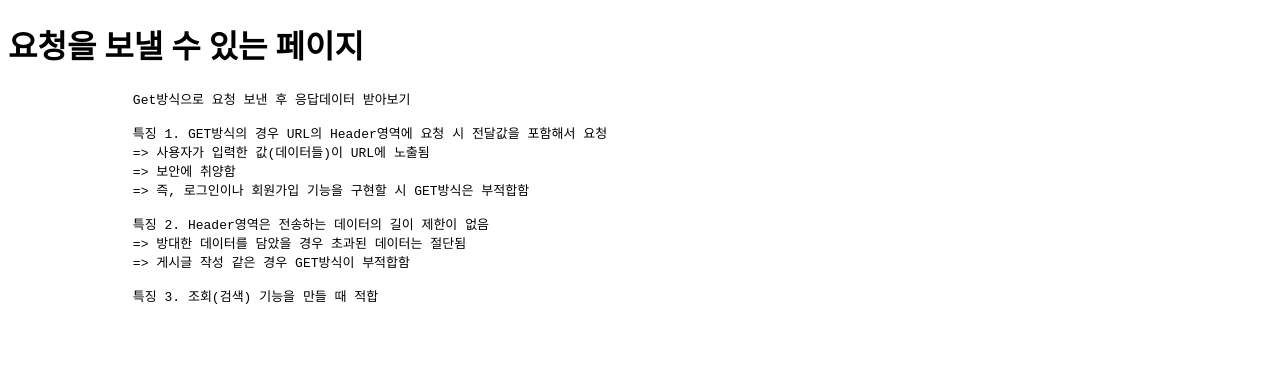
Repository: Simyoungdo04/dynamic-workspace
Page: FirstProject/src/main/webapp/views/request_get.html
These files come from the project's save history. The page is drawn as it stood at one moment and after the next save; the edit follows.
The browser window is 1280 px wide. The pictures show the whole page.

Above is the page before, as saved 2026-05-04 03:44:24.

After the next save:
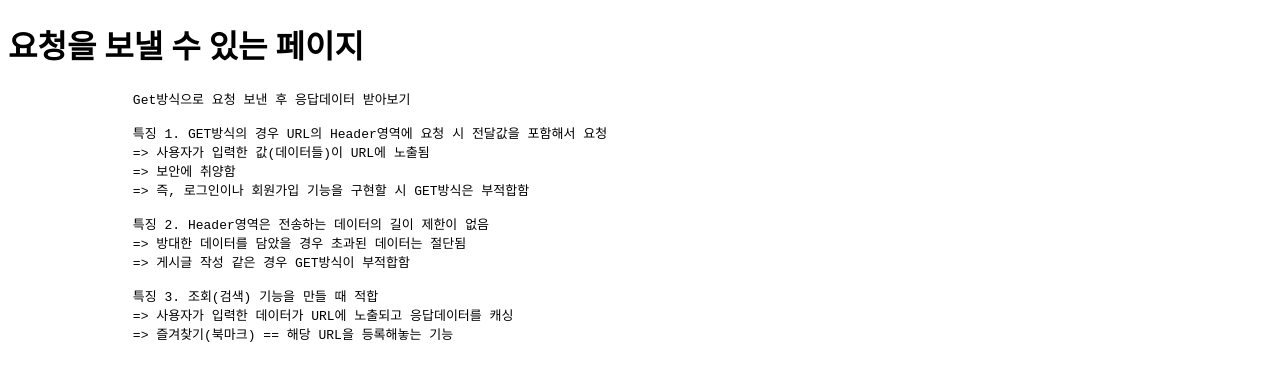
Saved 3 min 53 s later.
--- a/FirstProject/src/main/webapp/views/request_get.html
+++ b/FirstProject/src/main/webapp/views/request_get.html
@@ -21,6 +21,8 @@
 		=> 게시글 작성 같은 경우 GET방식이 부적합함
 
 		특징 3. 조회(검색) 기능을 만들 때 적합
+		=> 사용자가 입력한 데이터가 URL에 노출되고 응답데이터를 캐싱
+		=> 즐겨찾기(북마크) == 해당 URL을 등록해놓는 기능
 	</pre>
 
 </body>
